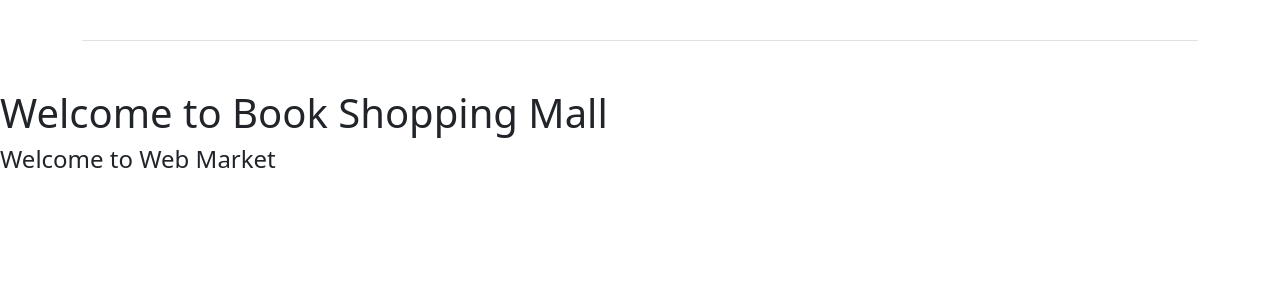
Repository: 6dreamhigh/jsp
Page: http://localhost/BookMarket/welcome.jsp
The author's editor kept a copy of each file at every save. The page is drawn from the files as they stood at one save, then again after the next save.
The browser window is 1280 px wide. The pictures show the whole page.
The page is served by Tomcat 9.

Above is the page before, as saved 2024-08-12 06:47:09.

After the next save:
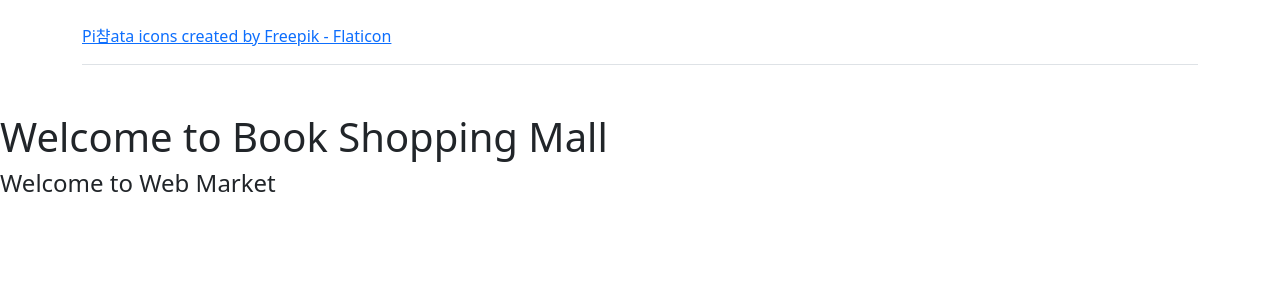
Saved 2 min 45 s later.
--- a/BookMarket/src/main/webapp/welcome.jsp
+++ b/BookMarket/src/main/webapp/welcome.jsp
@@ -12,7 +12,7 @@
 <div class ="container py-4">
 	<header class ="pb-3 mb-4 border-bottom">
 		<a href = "./welcome.jsp" class ="d-flex align-items-center text-dark text-decoration-none">
-
+		<a href="https://www.flaticon.com/free-icons/pinata" title="piñata icons">Piñata icons created by Freepik - Flaticon</a>
 		</a>
 	</header>
 
